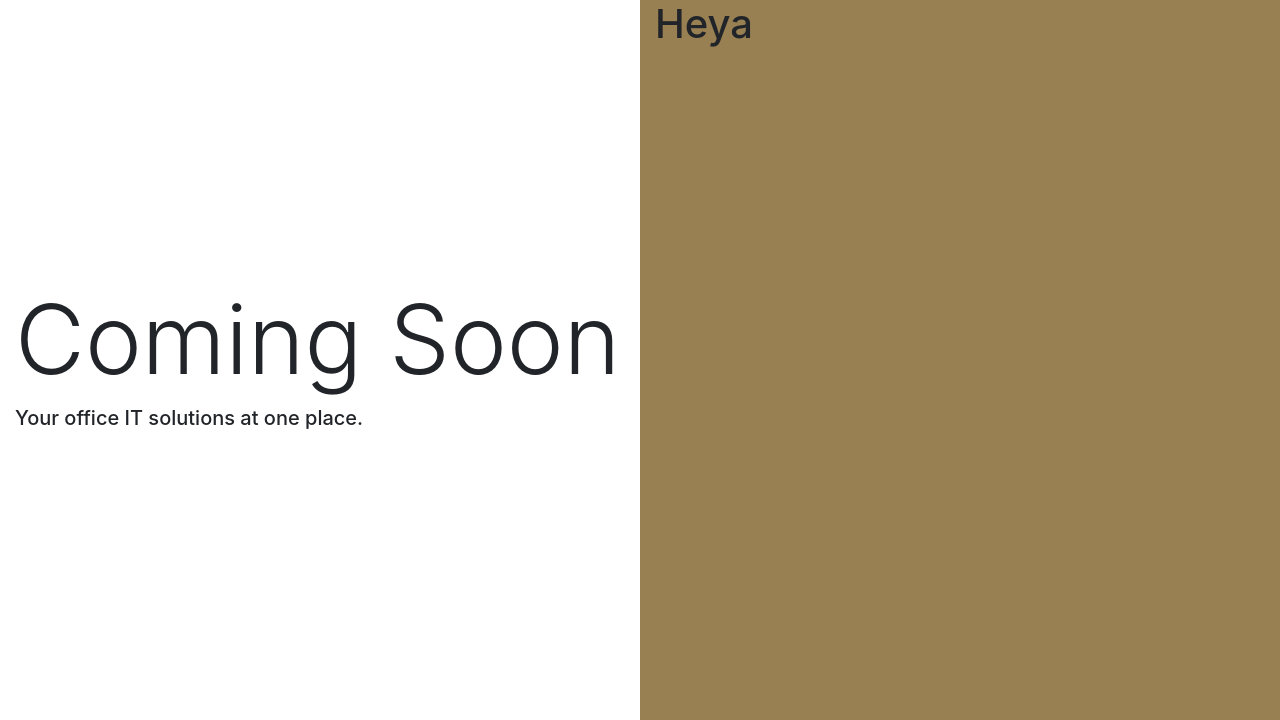
Repository: Thekxgh/website
Page: /
These files come from the project's save history. The page is drawn as it stood at one moment and after the next save; the edit follows.
The browser window is 1280 px wide. The pictures show the whole page.
The project was rebuilt for these pictures with package versions that can differ from the ones it lists, and the page was loaded fresh each time.

Above is the page before, as saved 2021-07-14 09:35:29.

### src/index.scss
$primary: #998053;
$dark: #050507;
$light-primary-bg: #DDDEE7;
$light-primary: #DDDEE7;
$theme-colors: (
    "primary": $primary,
    "info": $light-primary,
    "danger": teal,
    "dark": $dark
);

@import '~bootstrap/scss/bootstrap.scss';
body {
  margin: 0;
  font-family: -apple-system, BlinkMacSystemFont, 'Segoe UI', 'Roboto', 'Oxygen',
    'Ubuntu', 'Cantarell', 'Fira Sans', 'Droid Sans', 'Helvetica Neue',
    sans-serif;
  -webkit-font-smoothing: antialiased;
  -moz-osx-font-smoothing: grayscale;
}

code {
  font-family: source-code-pro, Menlo, Monaco, Consolas, 'Courier New',
    monospace;
}

### src/App.tsx
import React from 'react';
import { LandingPage } from './presentation/LandingPage';

function App() {
  return (
    <LandingPage />
  );
}

export default App;

### src/presentation/LandingPage.tsx
import { Col, Container, Row } from "react-bootstrap"

export const LandingPage = () => {
    return (
    <Container fluid>
        <Row className="min-vh-100 align-items-center">
            <Col>
                <h1 className="display-1">Coming Soon</h1>
                <h5>Your office IT solutions at one place.</h5>
            </Col>
            <Col className="bg-primary min-vh-100">
                <h1>Heya</h1>
            </Col>
        </Row>
    </Container>
    );
}

Loaded but not shown: public/index.html (common file); src/index.tsx (common file)

After the next save:
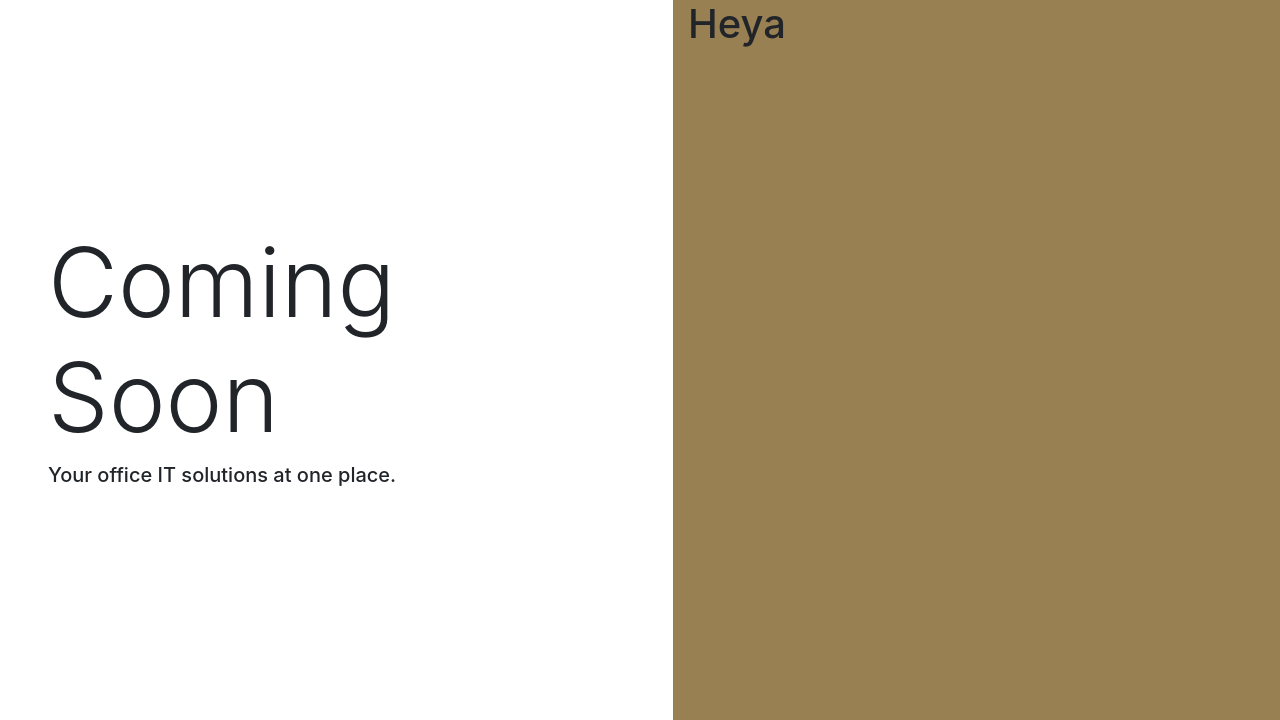
Saved 2 min 42 s later.
--- a/src/presentation/LandingPage.tsx
+++ b/src/presentation/LandingPage.tsx
@@ -4,7 +4,7 @@ export const LandingPage = () => {
     return (
     <Container fluid>
         <Row className="min-vh-100 align-items-center">
-            <Col>
+            <Col className="p-5">
                 <h1 className="display-1">Coming Soon</h1>
                 <h5>Your office IT solutions at one place.</h5>
             </Col>
